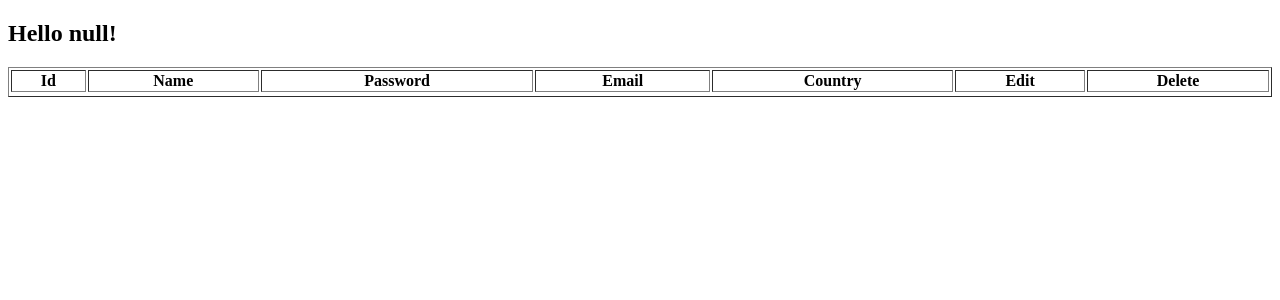
Repository: Kamleshmaury/CoreJava
Page: http://localhost/Crud_App/view1.jsp
The author's editor kept a copy of each file at every save. The page is drawn from the files as they stood at one save, then again after the next save.
The browser window is 1280 px wide. The pictures show the whole page.
The page is served by Tomcat 10. Other server files are loaded and not shown.

Above is the page before, as saved 2022-10-18 06:34:24.

### Crud_App/src/main/webapp/view1.jsp
<%@ page language="java" contentType="text/html; charset=UTF-8"
    pageEncoding="UTF-8"%>
<!DOCTYPE html PUBLIC "-//W3C//DTD HTML 4.01 Transitional//EN" "http://www.w3.org/TR/html4/loose.dtd">
<html>
<head>
<meta http-equiv="Content-Type" content="text/html; charset=UTF-8">
<title>Insert title here</title>
</head>
<body>
	<form action="ViewServlet" method="get">
		<table border='1' width='100%'>
			<tr>
				<th>Id</th>
				<th>Name</th>
				<th>Password</th>
				<th>Email</th>
				<th>Country</th>
				<th>Edit</th>
				<th>Delete</th></tr>

				<tr>
					<h2>
            Hello
            <%=request.getParameter("usName")%>!
        </h2>
		</table>
	</form>
</body>
</html>

After the next save:
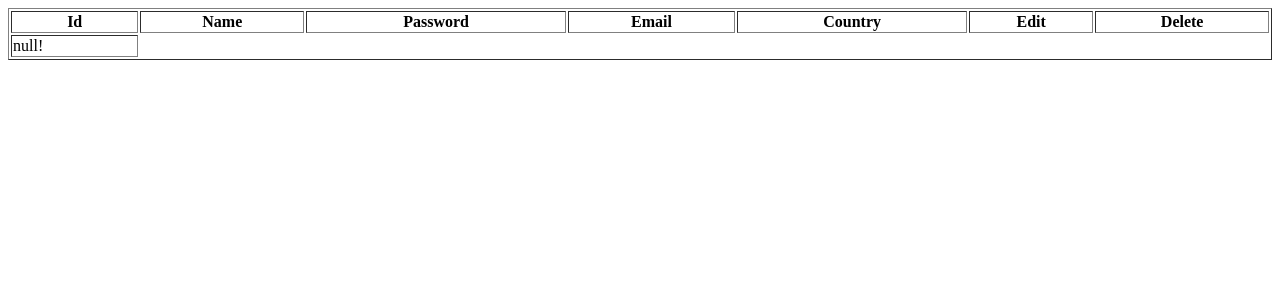
Saved 35 s later.
--- a/Crud_App/src/main/webapp/view1.jsp
+++ b/Crud_App/src/main/webapp/view1.jsp
@@ -19,10 +19,8 @@
 				<th>Delete</th></tr>
 
 				<tr>
-					<h2>
-            Hello
-            <%=request.getParameter("usName")%>!
-        </h2>
+					<td><%=request.getParameter("usName")%>! </td>
+
 		</table>
 	</form>
 </body>
